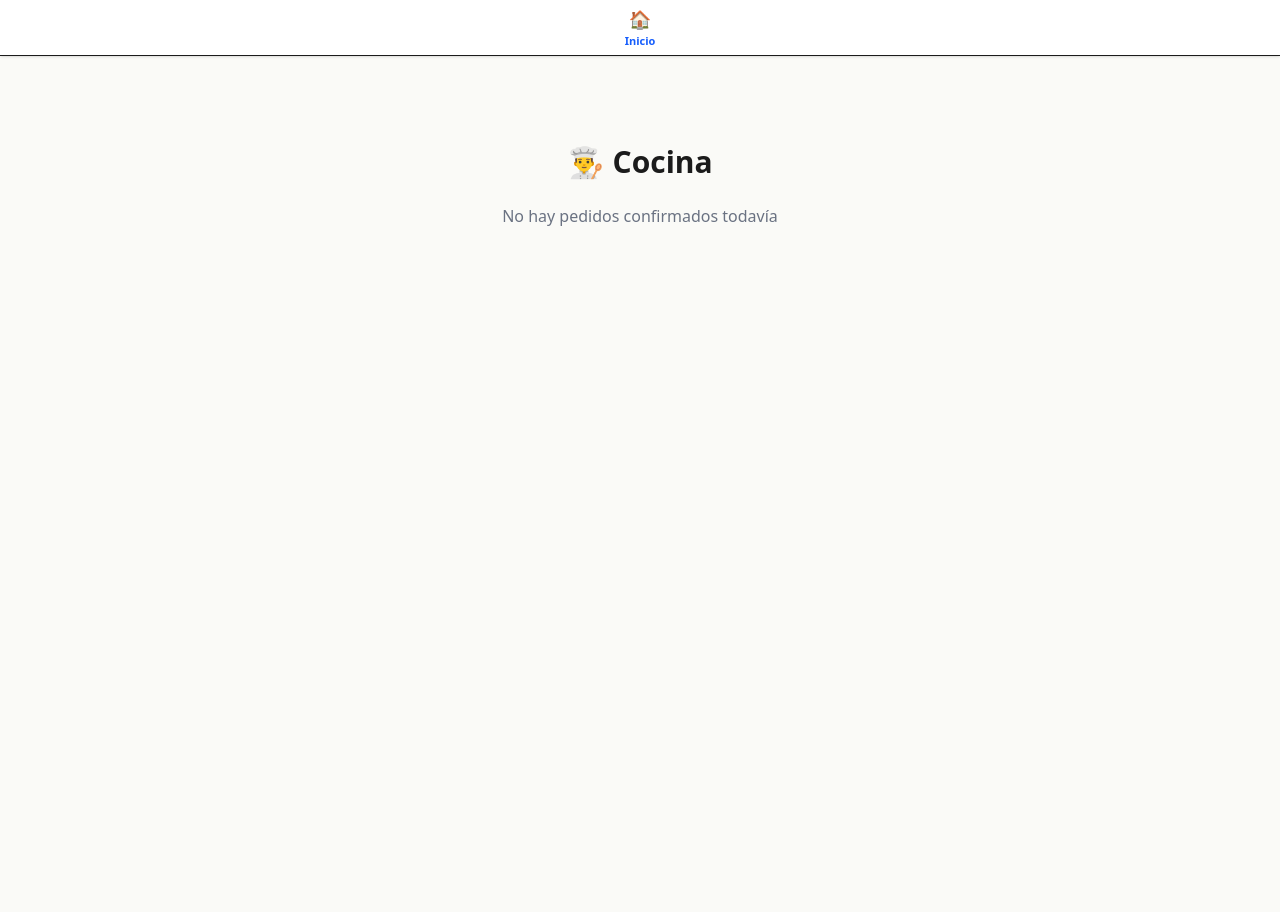
Repository: jrcardenas/sirvaapp
Page: /cocina
The author's editor kept a copy of each file at every save. The page is drawn from the files as they stood at one save, then again after the next save.
The browser window is 1280 px wide. The pictures show the whole page.
The project was rebuilt for these pictures with package versions that can differ from the ones it lists, and the page was loaded fresh each time. The framework's server and built-in components were replaced by stand-ins that run in the browser. Also part of the build but not shown: next.config.ts, app/components/ui/CallWaiterToast.tsx.

Above is the page before, as saved 2025-11-07 16:30:40.

### app/layout.tsx
import type { Metadata } from "next";
import "./globals.css";

import Header from "@/components/layout/Header";
import CallWaiterPopup from "@/components/ui/CallWaiterPopup";
import CallWaiterToast from "@/components/ui/CallWaiterToast";

export const metadata: Metadata = {
  title: "SirvaApp",
  description: "Pide desde tu mesa. Sirve más rápido.",
};

export default function RootLayout({ children }: { children: React.ReactNode }) {
  return (
    <html lang="es">
      <body className="bg-[var(--color-background)] text-[var(--color-text-dark)]">
        <Header />

        {/* ✅ Popup de confirmación */}
        <CallWaiterPopup />

        {/* ✅ Toast flotante */}
        <CallWaiterToast />

        <main className="pt-16 pb-32 max-w-md mx-auto">
          {children}
        </main>
      </body>
    </html>
  );
}

### app/cocina/page.tsx
"use client";

import { useEffect, useMemo } from "react";
import { useOrderStore, PedidoItem } from "@/store/orderStore";

export default function CocinaPage() {
  const { mesas, actualizarEstadoItem } = useOrderStore();

  // 🔄 Sincronización con BroadcastChannel
  useEffect(() => {
    const pedidos = new BroadcastChannel("pedidos_channel");
    pedidos.onmessage = (ev) => {
      if (ev.data?.mesas) {
        useOrderStore.setState({ mesas: structuredClone(ev.data.mesas) });
      }
    };
    return () => pedidos.close();
  }, []);

  // 🧮 Filtramos solo los pedidos confirmados o en cocina/listos
  const visibles = useMemo(() => {
    const lista: (PedidoItem & { mesaId: string })[] = [];
    Object.entries(mesas).forEach(([mesaId, mesa]) => {
      mesa.items.forEach((item) => {
        if (
          item.estado === "confirmado" ||
          item.estado === "enCocina" ||
          item.estado === "listo"
        ) {
          lista.push({ ...item, mesaId });
        }
      });
    });
    return lista;
  }, [mesas]);

  return (
    <main className="min-h-screen bg-background p-5 pt-20 max-w-3xl mx-auto">
      <h1 className="text-3xl font-bold text-center mb-6">👨‍🍳 Cocina</h1>

      {visibles.length === 0 && (
        <p className="text-center text-gray-500">
          No hay pedidos confirmados todavía
        </p>
      )}

      <div className="grid gap-4">
        {visibles.map((p) => (
          <div
            key={p.timestamp}
            className={`p-4 rounded-2xl shadow border ${
              p.estado === "enCocina"
                ? "bg-yellow-100 border-yellow-400"
                : p.estado === "listo"
                ? "bg-green-100 border-green-400"
                : "bg-white"
            }`}
          >
            <div className="flex justify-between items-center mb-1">
              <h3 className="font-bold text-lg">{p.name}</h3>
              <span className="text-sm text-gray-500">Mesa {p.mesaId}</span>
            </div>

            <p className="text-gray-700 text-sm mb-3">{p.price.toFixed(2)} €</p>

            <div className="flex justify-end gap-2">
              {p.estado === "confirmado" && (
                <button
                  onClick={() =>
                    actualizarEstadoItem(p.mesaId, p.timestamp, "enCocina")
                  }
                  className="bg-yellow-500 text-white px-3 py-1 rounded-lg"
                >
                  🍳 En cocina
                </button>
              )}

              {p.estado === "enCocina" && (
                <button
                  onClick={() =>
                    actualizarEstadoItem(p.mesaId, p.timestamp, "listo")
                  }
                  className="bg-green-600 text-white px-3 py-1 rounded-lg"
                >
                  ✅ Listo
                </button>
              )}

              {p.estado === "listo" && (
                <span className="text-green-700 font-semibold">✔️ Servido</span>
              )}
            </div>
          </div>
        ))}
      </div>
    </main>
  );
}

### app/globals.css
@import "tailwindcss";

/* ✅ Variables globales a juego con tu tailwind.config */
:root {
  --color-background: #FAFAF7;
  --color-surface: #FFFFFF;
  --color-surface-alt: #F3F3EF;

  --color-text-dark: #1B1B1B;
  --color-text-muted: #606060;
  --color-text-disabled: #AFAFAF;

  --color-border: #D4D4D4;

  --color-primary: #2E7D32;
  --color-primary-light: #4CAF50;
  --color-accent: #81C784;
  --color-danger: #C62828;

  --color-disabled-bg: #E6E6E6;
  --color-disabled-text: #A8A8A8;

  --radius: 14px;
  --button-height: 48px;
}

/* ✅ Fuente base limpia y moderna */
body {
  font-family: system-ui, -apple-system, BlinkMacSystemFont, "Segoe UI",
    Roboto, "Helvetica Neue", Arial, sans-serif;
  background-color: var(--color-background);
  color: var(--color-text-dark);
  -webkit-tap-highlight-color: transparent;
}

/* ✅ Utilidades de color para usar con clases Tailwind */
.bg-background { background-color: var(--color-background); }
.bg-surface { background-color: var(--color-surface); }
.bg-surfaceAlt { background-color: var(--color-surface-alt); }

.text-textDark { color: var(--color-text-dark); }
.text-textMuted { color: var(--color-text-muted); }
.text-disabledText { color: var(--color-text-disabled); }

.border-border { border-color: var(--color-border); }

.bg-primary { background-color: var(--color-primary); }
.bg-primaryLight { background-color: var(--color-primary-light); }
.bg-accent { background-color: var(--color-accent); }
.bg-danger { background-color: var(--color-danger); }

.bg-disabledBg { background-color: var(--color-disabled-bg); }

/* ✅ Botones sin texto invisible */
.disabled\:text-disabledText:disabled {
  color: var(--color-disabled-text);
}

/* ✅ Animaciones */
@keyframes fadeIn {
  from { opacity: 0; }
  to { opacity: 1; }
}

@keyframes slideUp {
  from { opacity: 0; transform: translateY(20px); }
  to { opacity: 1; transform: translateY(0); }
}

.animate-modal {
  animation: fadeIn 0.25s ease-out forwards,
             slideUp 0.25s ease-out forwards;
}

.animate-fade-in {
  animation: fadeIn 0.25s ease-out;
}

.animate-toast {
  animation: fadeIn 0.3s ease-out;
}

### app/components/layout/Header.tsx
"use client";

import { usePathname, useParams, useRouter } from "next/navigation";
import { useOrderStore } from "@/store/orderStore";
import { useEffect, useRef, useState } from "react";

type CallItem = {
  label: string;
  icon: string;
  visible: boolean;
  action: "call";
};

type LinkItem = {
  href: string;
  label: string;
  icon: string;
  visible: boolean;
};

type NavItem = CallItem | LinkItem;
function isLinkItem(item: NavItem): item is LinkItem {
  return "href" in item;
}

export default function Header() {
  const pathname = usePathname();
  const router = useRouter();
  const { mesas, llamarCamarero } = useOrderStore();

  const params = useParams() as Record<string, string | string[]>;
  const mesaId =
    typeof params?.id === "string"
      ? params.id
      : Array.isArray(params?.id)
      ? params.id[0]
      : undefined;

  const mesa = mesaId ? mesas[mesaId] : undefined;
  const llamada = mesa?.llamada ?? false;

  const [showPopup, setShowPopup] = useState(false);
  const [showToast, setShowToast] = useState(false);

  const dingRef = useRef<HTMLAudioElement | null>(null);

  // ✅ Prepara sonido (solo se reproduce cuando responde camarero)
  useEffect(() => {
    dingRef.current = new Audio("/sounds/ding.mp3");
    dingRef.current!.volume = 1;
  }, []);

  // ✅ Escucha notificación del camarero ➝ Toast + sonido
  useEffect(() => {
    if (!mesaId) return;

    const notify = new BroadcastChannel("notify_channel");

    notify.onmessage = (ev) => {
      const data = ev.data;
      if (!data || data.mesaId !== mesaId) return;

      if (data.mensaje === "camareroEnCamino") {
        dingRef.current?.play().catch(() => null);
        setShowToast(true);
        setTimeout(() => setShowToast(false), 3000);
      }
    };

    return () => notify.close();
  }, [mesaId]);

  const navItems: NavItem[] = [
    { href: "/", label: "Inicio", icon: "🏠", visible: true },
    {
      href: mesaId ? `/mesa/${mesaId}/menu` : "/",
      label: "Menú",
      icon: "🍽️",
      visible: !!mesaId,
    },
    {
      href: mesaId ? `/mesa/${mesaId}/cuenta` : "/",
      label: "Cuenta",
      icon: "🧾",
      visible: !!mesaId,
    },
    {
      label: llamada ? "Esperando" : "Llamar",
      icon: "🛎️",
      visible: !!mesaId,
      action: "call",
    },
    {
      href: mesaId ? `/mesa/${mesaId}/info` : "/",
      label: "Info",
      icon: "ℹ️",
      visible: !!mesaId,
    },
  ];

  // ✅ Cliente confirma que quiere llamar
  const handleConfirmCall = () => {
    if (!mesaId) return;

    llamarCamarero(mesaId);

    const pedidos = new BroadcastChannel("pedidos_channel");
    pedidos.postMessage({
      tipo: "llamada",
      mesaId,
      mesas: useOrderStore.getState().mesas,
    });
    pedidos.close();

    setShowPopup(false);
  };

  const handleClick = (item: NavItem) => {
    if (!item.visible) return;

    if (!isLinkItem(item)) {
      if (!llamada) setShowPopup(true);
      return;
    }

    router.push(item.href);
  };

  return (
    <>
      {/* ✅ Barra navegación */}
      <header className="w-full h-14 bg-white border-b shadow-sm fixed top-0 z-50">
        <nav className="flex justify-around items-center max-w-md mx-auto h-full text-[11px]">
          {navItems.filter((i) => i.visible).map((item) => {
            const isActive =
              isLinkItem(item) && pathname?.startsWith(item.href);
            const isCallActive = !isLinkItem(item) && llamada;

            return (
              <button
                key={item.label}
                onClick={() => handleClick(item)}
                className={`flex flex-col items-center relative ${
                  isActive || isCallActive
                    ? "text-blue-600 font-bold"
                    : "text-gray-500"
                }`}
              >
                <span className="text-lg">{item.icon}</span>
                <span>{item.label}</span>

                {!isLinkItem(item) && llamada && (
                  <span className="absolute top-0 right-0 w-2 h-2 bg-red-500 rounded-full animate-ping" />
                )}
              </button>
            );
          })}
        </nav>
      </header>

      {/* ✅ Confirmación llamada */}
      {showPopup && (
        <div className="fixed inset-0 bg-black/40 flex items-center justify-center z-50">
          <div className="bg-white rounded-2xl p-6 w-80 shadow-xl">
            <h3 className="text-lg font-bold text-center mb-4">
              ¿Llamar al camarero?
            </h3>

            <div className="flex gap-2">
              <button
                className="w-1/2 bg-gray-300 py-2 rounded-xl font-semibold"
                onClick={() => setShowPopup(false)}
              >
                ❌ Cancelar
              </button>

              <button
                className="w-1/2 bg-blue-600 text-white rounded-xl font-bold py-2"
                onClick={handleConfirmCall}
              >
                ✅ Llamar
              </button>
            </div>
          </div>
        </div>
      )}

      {/* ✅ Toast cuando camarero responde */}
      {showToast && (
        <div className="fixed bottom-24 left-1/2 -translate-x-1/2 bg-green-600 text-white px-4 py-2 rounded-full shadow-xl font-bold animate-fadeInOut">
          👋 El camarero está en camino
        </div>
      )}
    </>
  );
}

### app/components/ui/CallWaiterPopup.tsx
"use client";
import { useEffect, useState } from "react";

export default function CallWaiterPopup() {
  const [showPopup, setShowPopup] = useState(false);
  const [showToast, setShowToast] = useState(false);

  const handleConfirm = () => {
    setShowPopup(false);
    setShowToast(true);

    setTimeout(() => setShowToast(false), 2500);
  };

  useEffect(() => {
    const handler = () => setShowPopup(true);

    document.addEventListener("call-waiter", handler);
    return () => document.removeEventListener("call-waiter", handler);
  }, []);

  return (
    <>
      {/* ✅ Popup Confirmación */}
      {showPopup && (
        <div className="fixed inset-0 bg-black/50 backdrop-blur-sm flex items-center justify-center z-50 animate-fade-in">
          <div className="bg-white rounded-2xl p-6 w-80 shadow-xl animate-modal">

            <h3 className="text-lg font-bold text-center mb-3 text-[var(--color-text-dark)]">
              ¿Llamar al camarero?
            </h3>

            <p className="text-center text-[var(--color-text-dark)] mb-4">
              Le avisaremos enseguida 🚶‍♂️
            </p>

            <div className="flex gap-2">
              <button
                className="w-1/2 py-2 rounded-lg bg-gray-300 font-semibold"
                onClick={() => setShowPopup(false)}
              >
                ❌ Cancelar
              </button>

              <button
                className="w-1/2 py-2 rounded-lg bg-[var(--color-primary)] text-white font-semibold"
                onClick={handleConfirm}
              >
                🛎️ Llamar
              </button>
            </div>

          </div>
        </div>
      )}

      {/* ✅ Toast animado */}
      {showToast && (
        <div className="fixed bottom-32 left-1/2 -translate-x-1/2
                        bg-[var(--color-primary)] text-white px-4 py-2
                        rounded-full shadow-xl animate-toast z-[9999]">
          🛎️ ¡Camarero avisado!
        </div>
      )}
    </>
  );
}

Loaded but not shown: app/store/orderStore.ts (309 lines, source omitted)

After the next save:
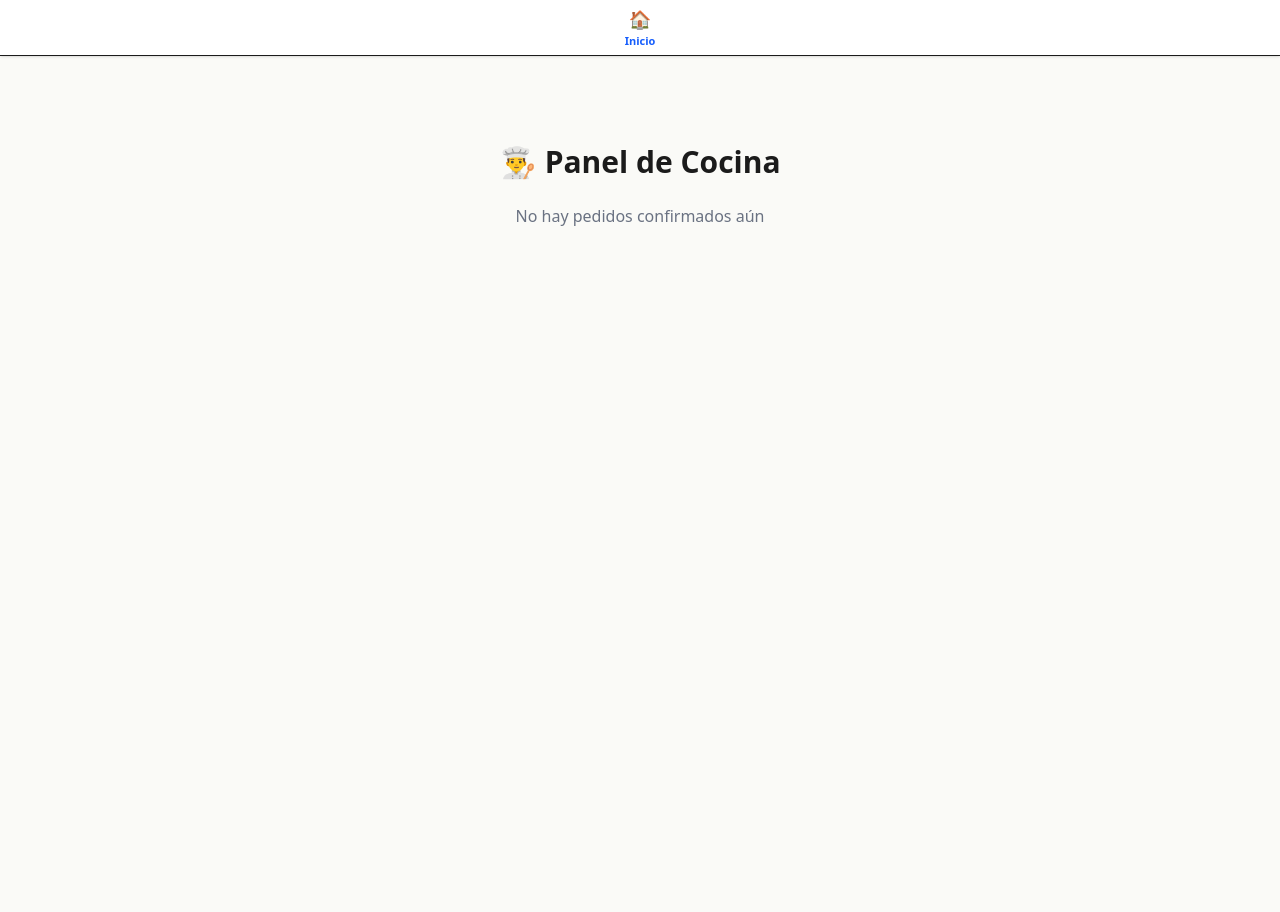
Saved 3 min 4 s later.
--- a/app/cocina/page.tsx
+++ b/app/cocina/page.tsx
@@ -1,25 +1,28 @@
 "use client";
 
-import { useEffect, useMemo } from "react";
+import { useEffect, useState } from "react";
 import { useOrderStore, PedidoItem } from "@/store/orderStore";
 
 export default function CocinaPage() {
   const { mesas, actualizarEstadoItem } = useOrderStore();
+  const [pedidos, setPedidos] = useState<
+    (PedidoItem & { mesaId: string })[]
+  >([]);
 
-  // 🔄 Sincronización con BroadcastChannel
+  // 🔄 Sincronización en tiempo real
   useEffect(() => {
-    const pedidos = new BroadcastChannel("pedidos_channel");
-    pedidos.onmessage = (ev) => {
+    const pedidosChannel = new BroadcastChannel("pedidos_channel");
+    pedidosChannel.onmessage = (ev) => {
       if (ev.data?.mesas) {
         useOrderStore.setState({ mesas: structuredClone(ev.data.mesas) });
       }
     };
-    return () => pedidos.close();
+    return () => pedidosChannel.close();
   }, []);
 
-  // 🧮 Filtramos solo los pedidos confirmados o en cocina/listos
-  const visibles = useMemo(() => {
-    const lista: (PedidoItem & { mesaId: string })[] = [];
+  // 🧮 Derivar los pedidos visibles
+  useEffect(() => {
+    const nuevos: (PedidoItem & { mesaId: string })[] = [];
     Object.entries(mesas).forEach(([mesaId, mesa]) => {
       mesa.items.forEach((item) => {
         if (
@@ -27,49 +30,53 @@ export default function CocinaPage() {
           item.estado === "enCocina" ||
           item.estado === "listo"
         ) {
-          lista.push({ ...item, mesaId });
+          nuevos.push({ ...item, mesaId });
         }
       });
     });
-    return lista;
+    setPedidos(nuevos);
   }, [mesas]);
 
   return (
-    <main className="min-h-screen bg-background p-5 pt-20 max-w-3xl mx-auto">
-      <h1 className="text-3xl font-bold text-center mb-6">👨‍🍳 Cocina</h1>
+    <main className="min-h-screen bg-background p-5 pt-20 max-w-lg mx-auto">
+      <h1 className="text-3xl font-bold text-center mb-6">
+        👨‍🍳 Panel de Cocina
+      </h1>
 
-      {visibles.length === 0 && (
+      {pedidos.length === 0 && (
         <p className="text-center text-gray-500">
-          No hay pedidos confirmados todavía
+          No hay pedidos confirmados aún
         </p>
       )}
 
-      <div className="grid gap-4">
-        {visibles.map((p) => (
+      <div className="space-y-4">
+        {pedidos.map((p) => (
           <div
             key={p.timestamp}
-            className={`p-4 rounded-2xl shadow border ${
+            className={`p-4 rounded-2xl border shadow bg-white space-y-2 ${
               p.estado === "enCocina"
-                ? "bg-yellow-100 border-yellow-400"
+                ? "border-yellow-400 bg-yellow-50"
                 : p.estado === "listo"
-                ? "bg-green-100 border-green-400"
-                : "bg-white"
+                ? "border-green-500 bg-green-50"
+                : ""
             }`}
           >
-            <div className="flex justify-between items-center mb-1">
-              <h3 className="font-bold text-lg">{p.name}</h3>
-              <span className="text-sm text-gray-500">Mesa {p.mesaId}</span>
+            <div className="flex justify-between items-center">
+              <h2 className="text-xl font-bold">{p.name}</h2>
+              <span className="text-sm text-gray-600">Mesa {p.mesaId}</span>
             </div>
 
-            <p className="text-gray-700 text-sm mb-3">{p.price.toFixed(2)} €</p>
+            <p className="text-gray-700 font-semibold">
+              {p.price.toFixed(2)} €
+            </p>
 
             <div className="flex justify-end gap-2">
               {p.estado === "confirmado" && (
                 <button
+                  className="bg-yellow-500 text-white px-3 py-1 rounded-xl font-semibold"
                   onClick={() =>
                     actualizarEstadoItem(p.mesaId, p.timestamp, "enCocina")
                   }
-                  className="bg-yellow-500 text-white px-3 py-1 rounded-lg"
                 >
                   🍳 En cocina
                 </button>
@@ -77,17 +84,19 @@ export default function CocinaPage() {
 
               {p.estado === "enCocina" && (
                 <button
+                  className="bg-green-600 text-white px-3 py-1 rounded-xl font-semibold"
                   onClick={() =>
                     actualizarEstadoItem(p.mesaId, p.timestamp, "listo")
                   }
-                  className="bg-green-600 text-white px-3 py-1 rounded-lg"
                 >
                   ✅ Listo
                 </button>
               )}
 
               {p.estado === "listo" && (
-                <span className="text-green-700 font-semibold">✔️ Servido</span>
+                <span className="text-green-700 font-semibold">
+                  ✔️ Listo para servir
+                </span>
               )}
             </div>
           </div>
